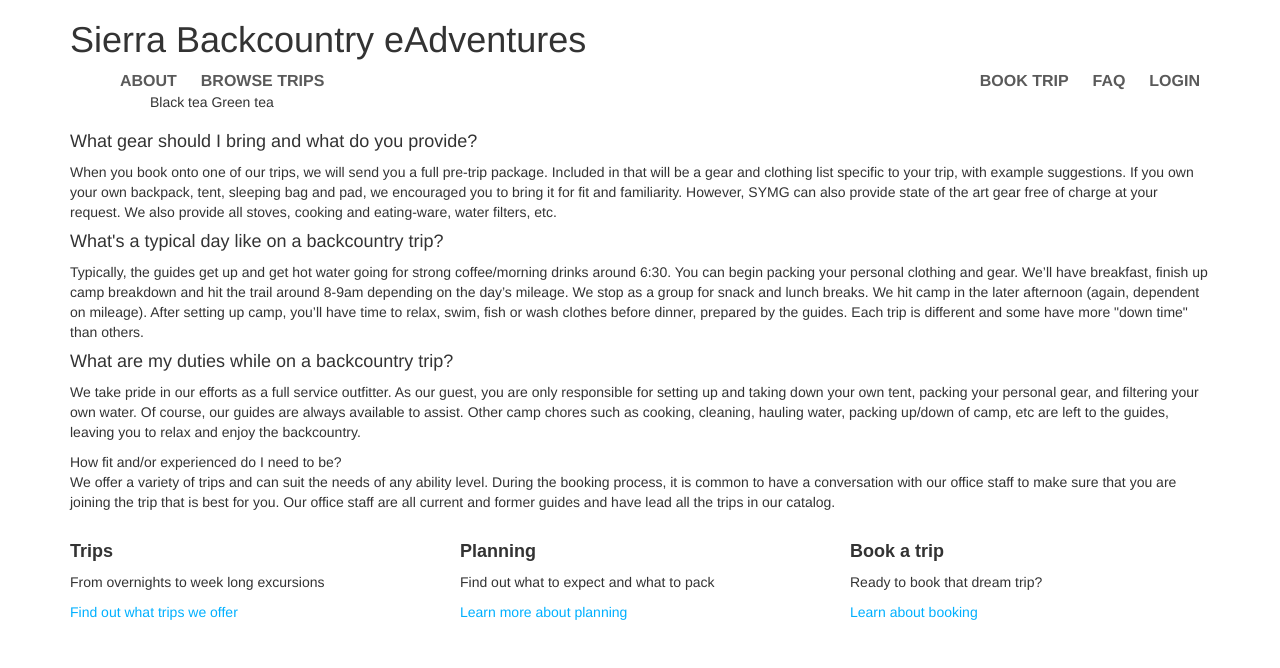
Repository: nageek17/eadventures
Page: http://localhost/faq.php
The author's editor kept a record of every edit. The page is drawn from the files as they stood at one moment, then again after the next edit.
The browser window is 1280 px wide. The pictures show the whole page.
Some web libraries are served in a nearby version. The page is run by PHP 8.4 with error messages shown; the project is at /var/www/html/.

Above is the page before.
Console error (its wording comes from the project's code and is left out).

After the next edit:
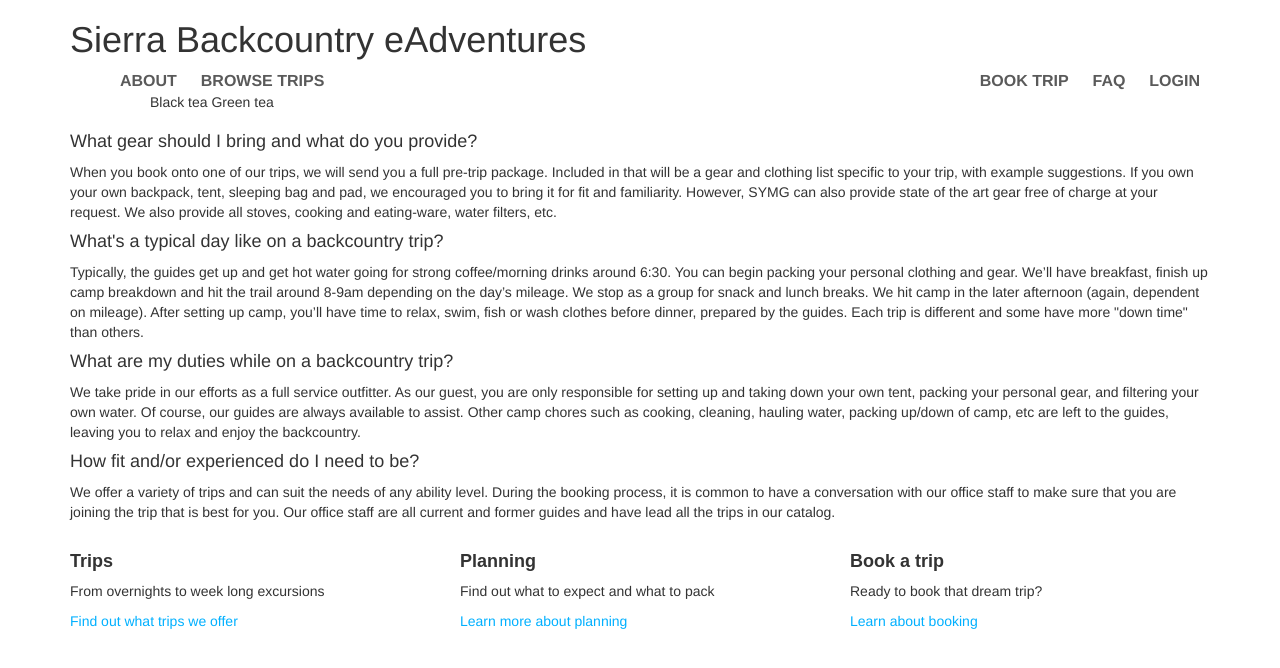
The edit:
--- a/faq.php
+++ b/faq.php
@@ -16,7 +16,9 @@
 <p>
 We take pride in our efforts as a full service outfitter. As our guest, you are only responsible for setting up and taking down your own tent, packing your personal gear, and filtering your own water. Of course, our guides are always available to assist. Other camp chores such as cooking, cleaning, hauling water, packing up/down of camp, etc are left to the guides, leaving you to relax and enjoy the backcountry.
 </p>
-<p>How fit and/or experienced do I need to be?</br>
+
+<h4>How fit and/or experienced do I need to be?</h4>
+<p>
 We offer a variety of trips and can suit the needs of any ability level. During the booking process, it is common to have a conversation with our office staff to make sure that you are joining the trip that is best for you. Our office staff are all current and former guides and have lead all the trips in our catalog.
 </p>
 
